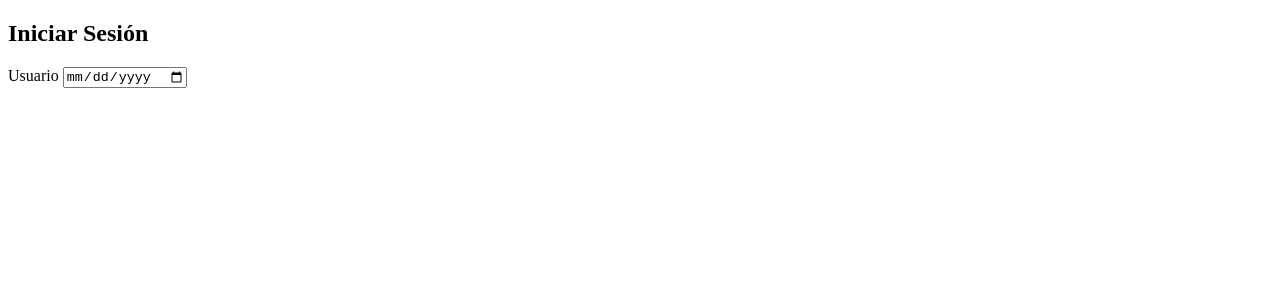
Repository: taborracho/Formulario
Page: index.html
These files come from the project's save history. The page is drawn as it stood at one moment and after the next save; the edit follows.
The browser window is 1280 px wide. The pictures show the whole page.

Above is the page before, as saved 2021-07-14 18:57:13.

### index.html
<!DOCTYPE html>
<html lang="es">
<head>
    <meta charset="UTF-8">
    <meta http-equiv="X-UA-Compatible" content="IE=edge">
    <meta name="viewport" content="width=device-width, initial-scale=1.0">
    <title>Iniciar Sesion</title>

    <!-- Estilos CSS -->
</head>
<body>

    <!-- Seccion login -->
    <section class="screen-form">
        <!-- Contenedor del formulario -->
        <div class="bg-white form-container">

            <div>
                <h1> Iniciar Sesi&oacute;n</h1>
            </div>

            <div>
                <label for="usuario">Usuario</label>
                <input type="date" id="usuario">
            </div>


        </div>

    </section>

</body>
</html>

After the next save:
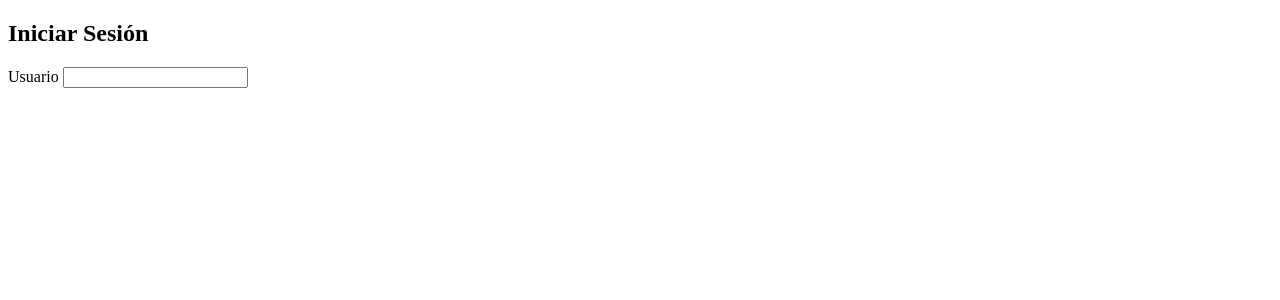
Saved 19 s later.
--- a/index.html
+++ b/index.html
@@ -21,7 +21,7 @@
 
             <div>
                 <label for="usuario">Usuario</label>
-                <input type="date" id="usuario">
+                <input type="datetime" id="usuario">
             </div>
 
 

After the save that followed:
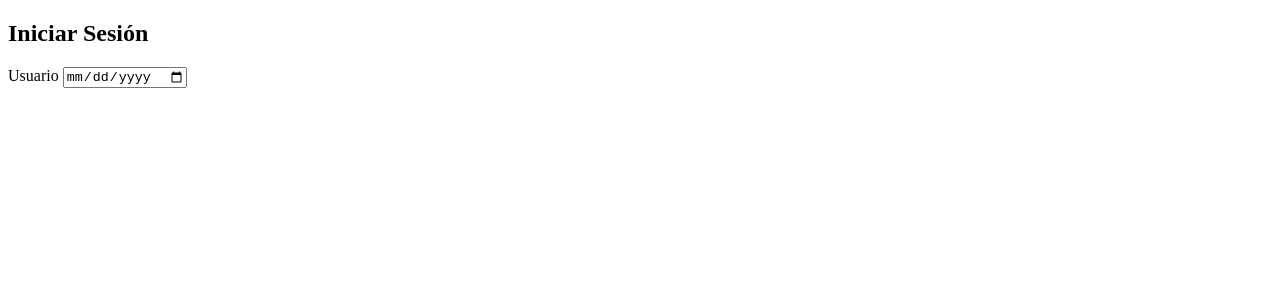
Saved 9 s later.
--- a/index.html
+++ b/index.html
@@ -21,7 +21,7 @@
 
             <div>
                 <label for="usuario">Usuario</label>
-                <input type="datetime" id="usuario">
+                <input type="date" id="usuario">
             </div>
 
 
